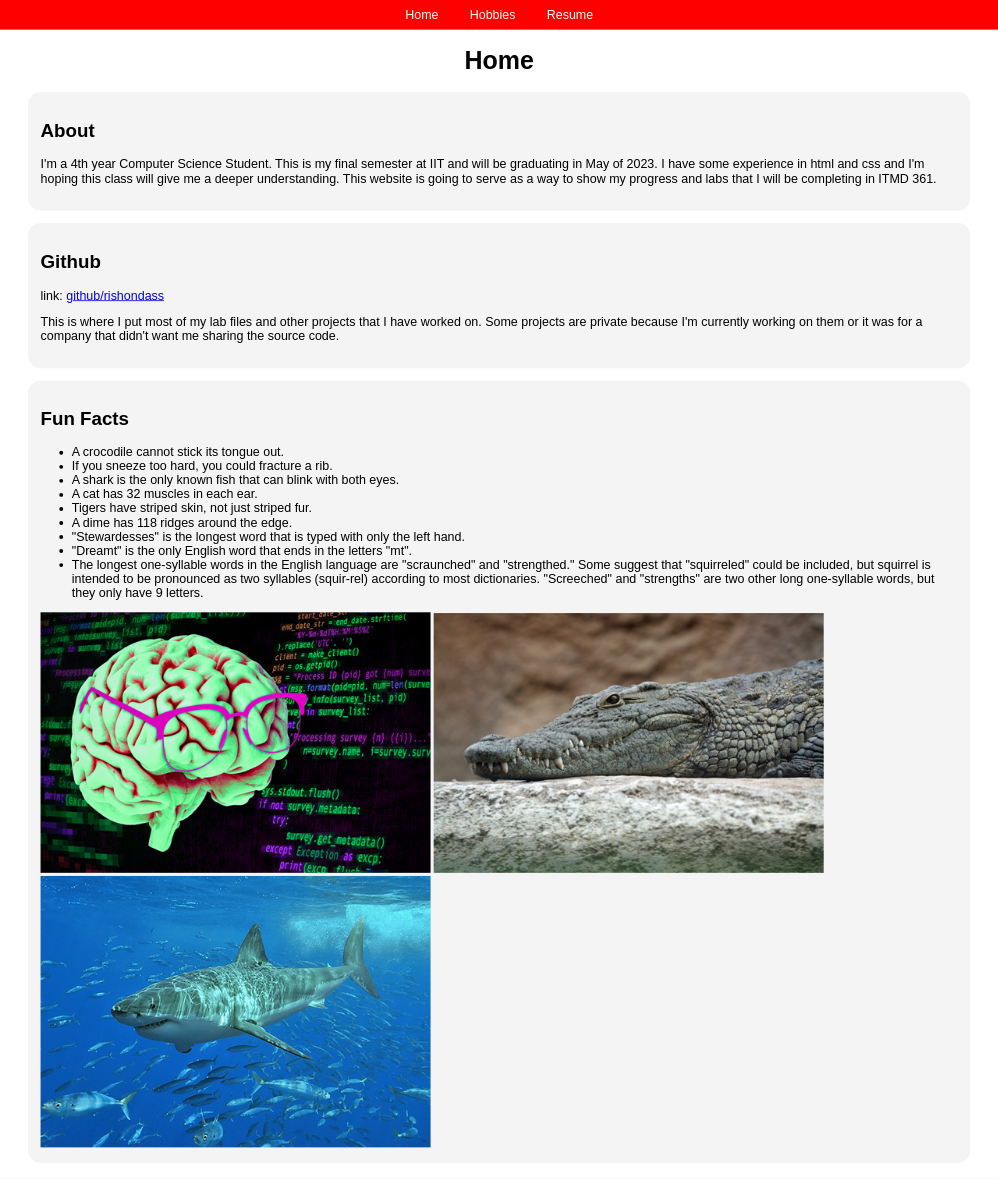
Repository: rishondass/ITMD361-Project2
Page: index.html
These files come from the project's save history. The page is drawn as it stood at one moment and after a run of saves; the edit follows.
The browser window is 1280 px wide. The pictures show the whole page, at 78% of full size.

Above is the page before, as saved 2023-04-04 22:49:58.

After the next 6 saves:
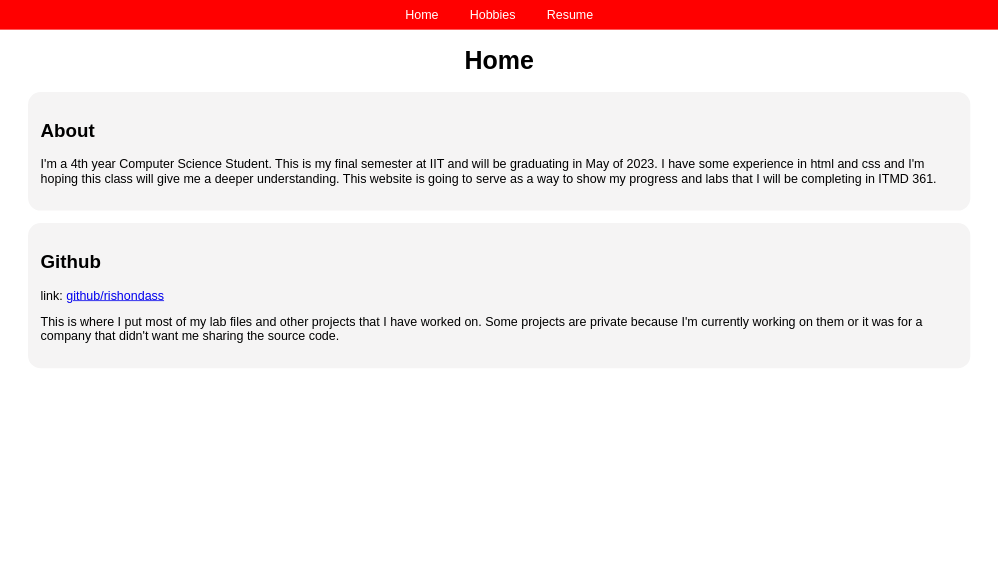
The 6 saves are shown as one change because they came seconds apart.
The last was saved 30 s later.
--- a/index.html
+++ b/index.html
@@ -46,43 +46,7 @@
         This is where I put most of my lab files and other projects that I have worked on. Some projects are private because I'm currently working on them or it was for a company that didn't want me sharing the source code.
       </p>
     </div>
-    <div id="funfactions-section">
-        <h2>
-            Fun Facts
-        </h2>
-        <ul>
-            <li>
-                A crocodile cannot stick its tongue out.
-            </li>
-            <li>
-                If you sneeze too hard, you could fracture a rib.
-            </li>
-            <li>
-                A shark is the only known fish that can blink with both eyes.
-            </li>
-            <li>
-                A cat has 32 muscles in each ear.
-            </li>
-            <li>
-                Tigers have striped skin, not just striped fur.
-            </li>
-            <li>
-                A dime has 118 ridges around the edge.
-            </li>
-            <li>
-                "Stewardesses" is the longest word that is typed with only the left hand.
-            </li>
-            <li>
-                "Dreamt" is the only English word that ends in the letters "mt".
-            </li>
-            <li>
-                The longest one-syllable words in the English language are "scraunched" and "strengthed." Some suggest that "squirreled" could be included, but squirrel is intended to be pronounced as two syllables (squir-rel) according to most dictionaries. "Screeched" and "strengths" are two other long one-syllable words, but they only have 9 letters.
-            </li>
-        </ul>
-        <img src="images/code.jpg" alt="image_of_code">
-        <img src="images/nile_crocodile_head.jpg" alt="image_of_crocodile">
-        <img src="images/white_shark.jpg" alt="image_of_shark">
-    </div>
+
   </div>
 </body>
 </html>

After the 3 saves that followed:
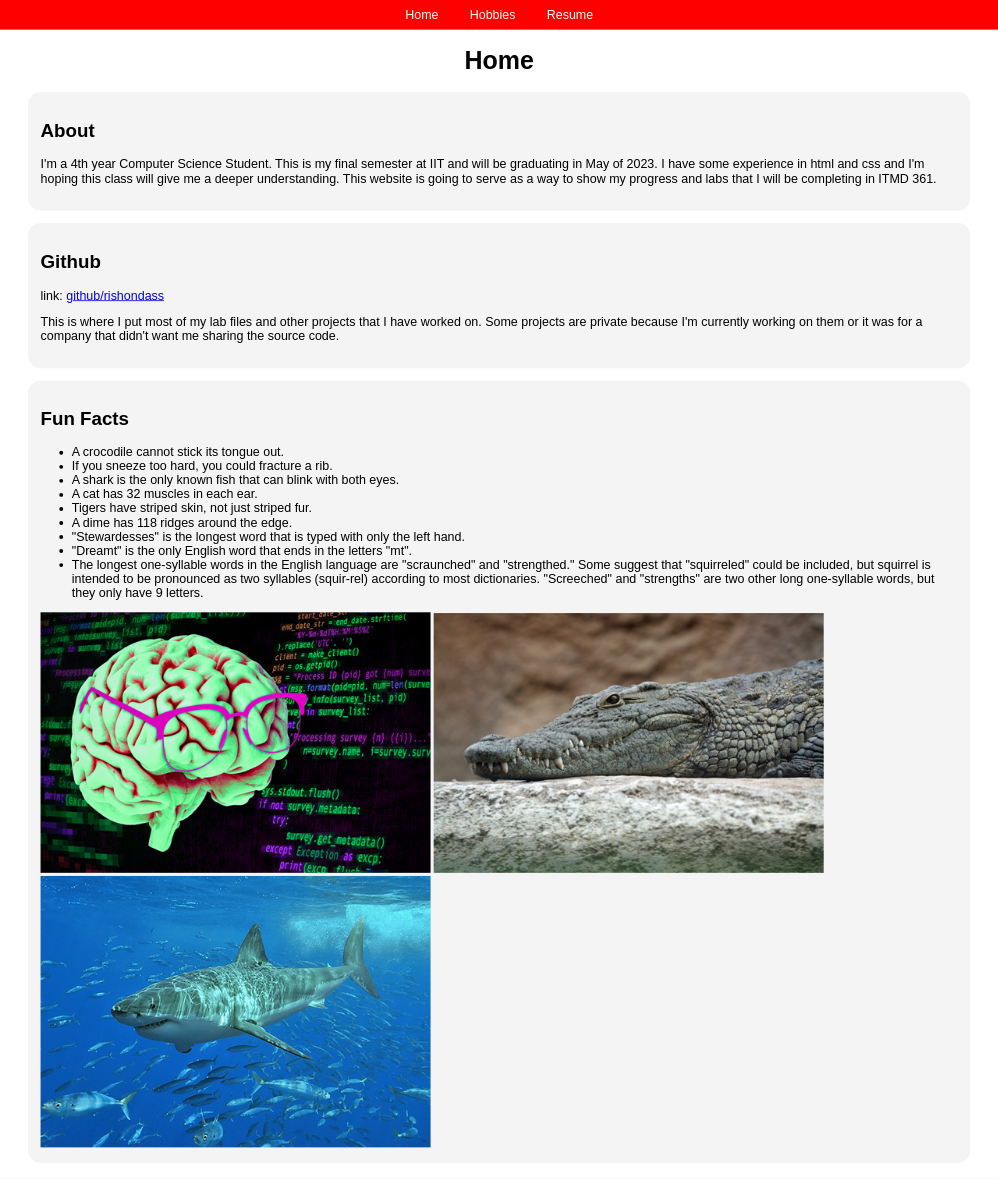
The 3 saves are shown as one change because 1 left the picture as it was and some came seconds apart.
The last was saved 13 s later.
--- a/index.html
+++ b/index.html
@@ -46,7 +46,43 @@
         This is where I put most of my lab files and other projects that I have worked on. Some projects are private because I'm currently working on them or it was for a company that didn't want me sharing the source code.
       </p>
     </div>
-
+    <div id="funfactions-section">
+      <h2>
+          Fun Facts
+      </h2>
+      <ul>
+          <li>
+              A crocodile cannot stick its tongue out.
+          </li>
+          <li>
+              If you sneeze too hard, you could fracture a rib.
+          </li>
+          <li>
+              A shark is the only known fish that can blink with both eyes.
+          </li>
+          <li>
+              A cat has 32 muscles in each ear.
+          </li>
+          <li>
+              Tigers have striped skin, not just striped fur.
+          </li>
+          <li>
+              A dime has 118 ridges around the edge.
+          </li>
+          <li>
+              "Stewardesses" is the longest word that is typed with only the left hand.
+          </li>
+          <li>
+              "Dreamt" is the only English word that ends in the letters "mt".
+          </li>
+          <li>
+              The longest one-syllable words in the English language are "scraunched" and "strengthed." Some suggest that "squirreled" could be included, but squirrel is intended to be pronounced as two syllables (squir-rel) according to most dictionaries. "Screeched" and "strengths" are two other long one-syllable words, but they only have 9 letters.
+          </li>
+      </ul>
+      <img src="images/code.jpg" alt="image_of_code">
+      <img src="images/nile_crocodile_head.jpg" alt="image_of_crocodile">
+      <img src="images/white_shark.jpg" alt="image_of_shark">
+  </div>
   </div>
 </body>
 </html>
